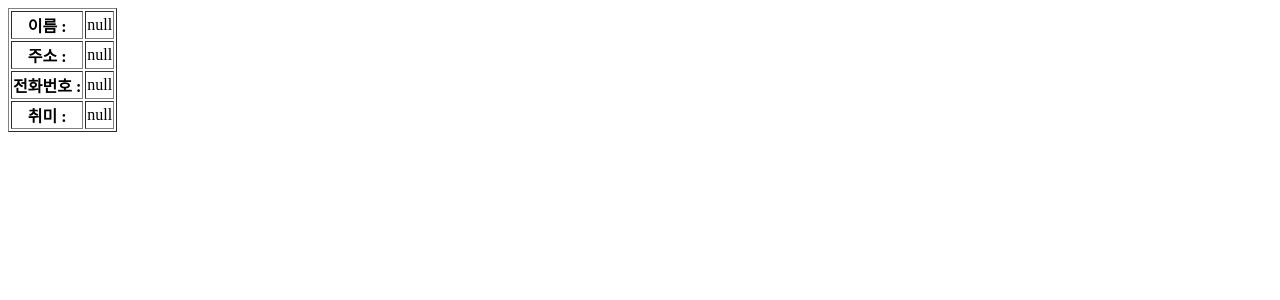
Repository: nameisris/jsp_workspace
Page: http://localhost/JspProject/memRegSuccess.jsp
An editor plug-in stored every save of this project. The page is shown before and after the next save, followed by the edit.
The browser window is 1280 px wide. The pictures show the whole page.
The page is served by Tomcat 9. Other server files are loaded and not shown.

Above is the page before, as saved 2023-09-19 05:31:54.

### JspProject/src/main/webapp/memRegSuccess.jsp
<%@ page language="java" contentType="text/html; charset=UTF-8"
    pageEncoding="UTF-8"%>
<!DOCTYPE html>
<html>
<head>
<meta charset="UTF-8">
<title>Insert title here</title>
</head>
<body>
<div>
	<table border="1">
		<tr><th>이름 : </th><td><%=request.getParameter("name") %></td></tr>
		<tr><th>주소 : </th><td><%=request.getParameter("address") %></td></tr>
		<tr><th>전화번호 : </th><td><%=request.getParameter("tel") %></td></tr>
		<tr><th>취미 : </th><td><%=request.getParameter("hobby") %></td></tr>
	</table>
</div>
</body>
</html>

After the next save:
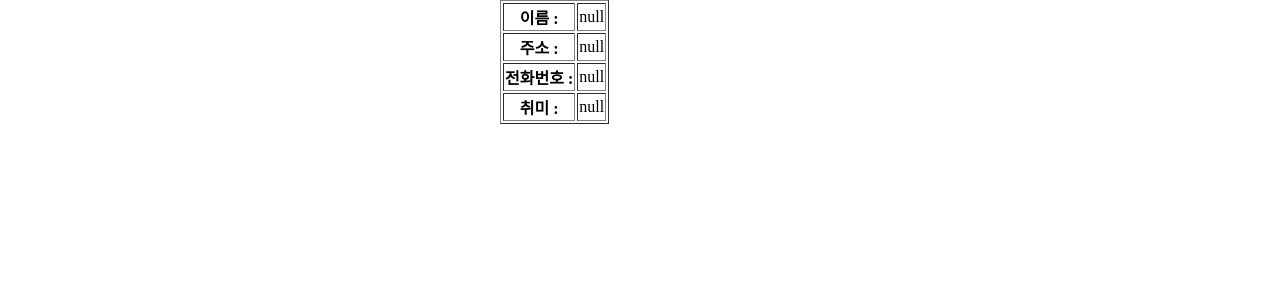
Saved 49 s later.
--- a/JspProject/src/main/webapp/memRegSuccess.jsp
+++ b/JspProject/src/main/webapp/memRegSuccess.jsp
@@ -5,6 +5,14 @@
 <head>
 <meta charset="UTF-8">
 <title>Insert title here</title>
+<style type="text/css">
+	body { margin: auto; }
+	div {
+		width: 280px;
+		margin: auto;
+	}
+	h1 { text-align: center; }
+</style>
 </head>
 <body>
 <div>
